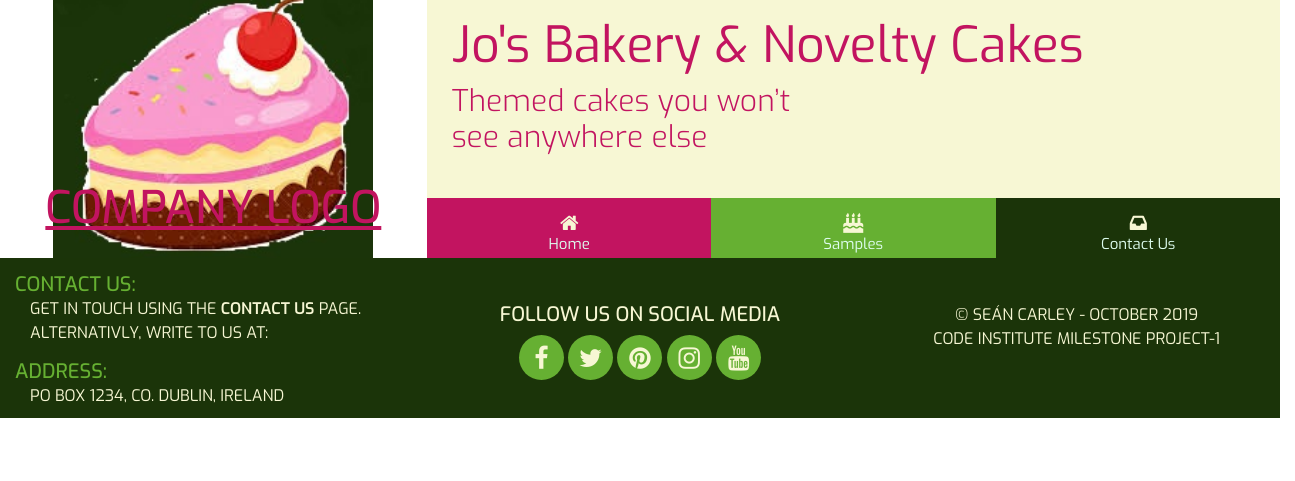
Repository: seanjcarley/Milestone1
Page: showcase.html
The author's editor kept a record of every edit. The page is drawn from the files as they stood at one moment, then again after the next edit.
The browser window is 1280 px wide. The page is 1295 px wide, so the pictures cover 1295 px, including what lies to the right of the window. The pictures show the whole page.

Above is the page before.

After the next edit:
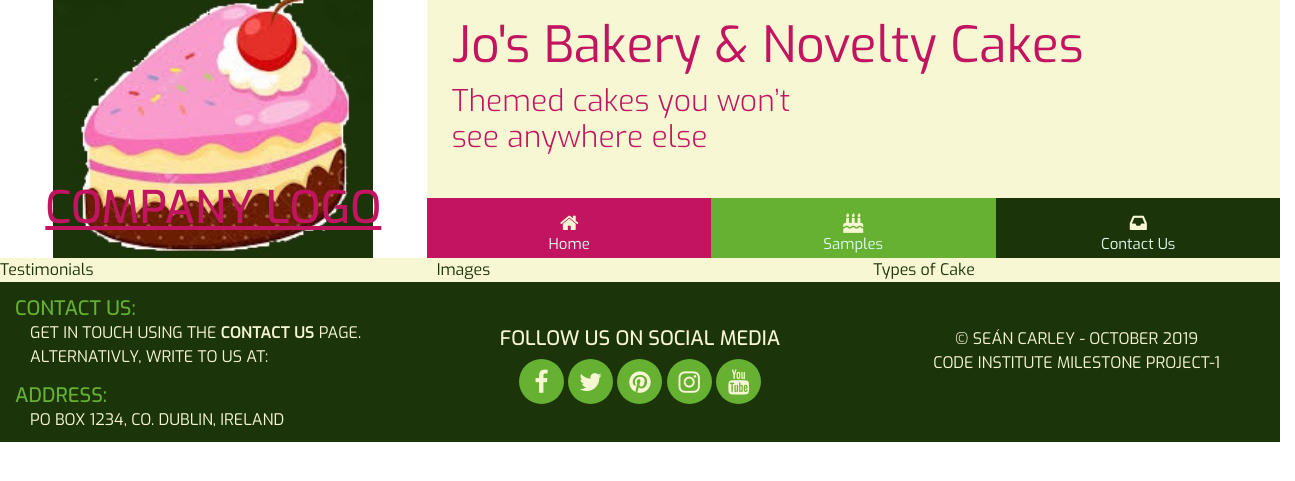
The edit:
--- a/showcase.html
+++ b/showcase.html
@@ -43,9 +43,9 @@
     </header>
     <section class="section-color">
         <div class="row">
-            <div class="col-md-4"></div>
-            <div class="col-md-4"></div>
-            <div class="col-md-4"></div>
+            <div class="col-md-4">Testimonials</div>
+            <div class="col-md-4">Images</div>
+            <div class="col-md-4">Types of Cake</div>
         </div>
     </section>
     <footer class="footer-color">
